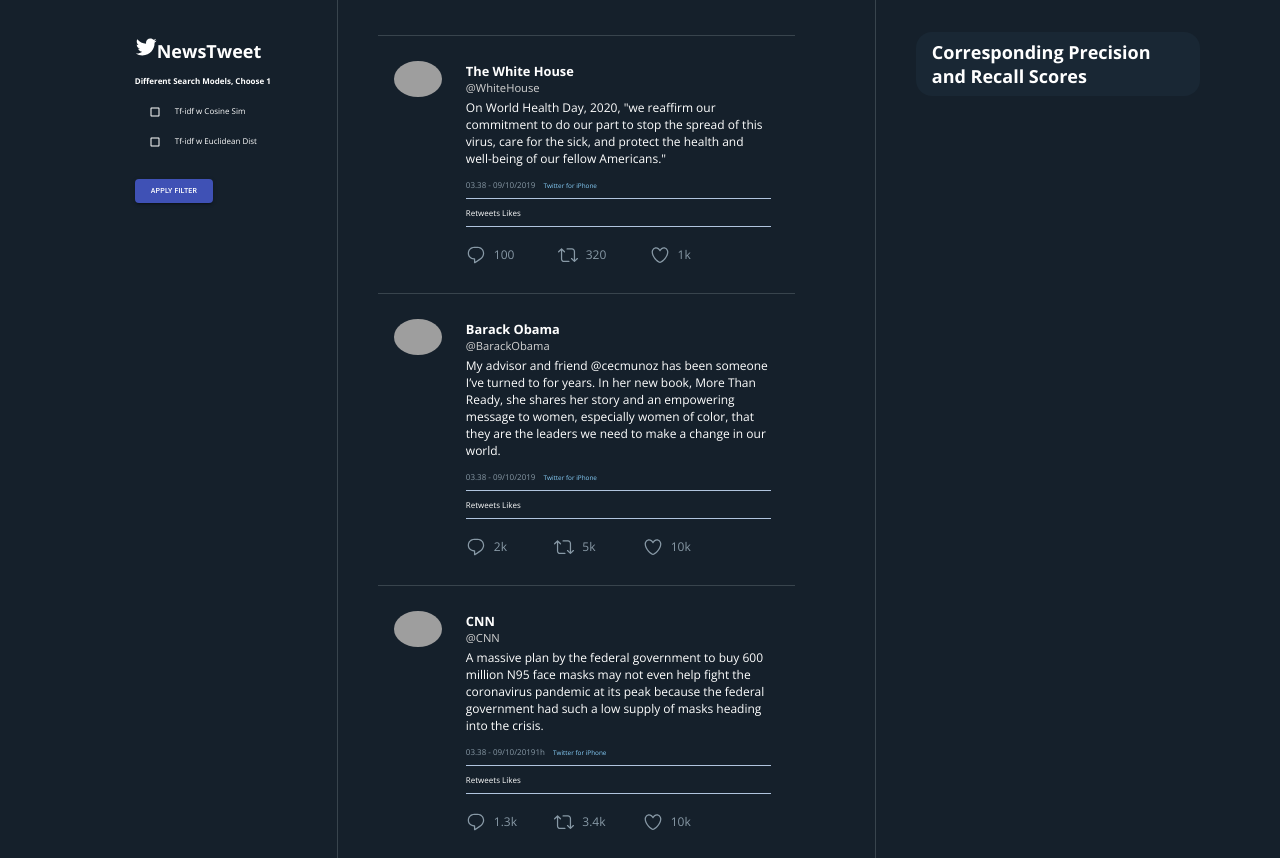
Repository: Dustyik/TwitterAIproj
Page: / (app in FrontEnd/)
The author's editor kept a copy of each file at every save. The page is drawn from the files as they stood at one save, then again after the next save.
The browser window is 1280 px wide. The pictures show the whole page.
Pictures or frames that could not be fetched are drawn as grey boxes. The page's requests for data from a server got no answer. The project was rebuilt for these pictures with package versions that can differ from the ones it lists, and the page was loaded fresh each time. No one was signed in, and anything a server would have sent is missing. Also part of the build but not shown: FrontEnd/src/components/trending/Trend.js, FrontEnd/src/components/trending/TrendsList.js, FrontEnd/src/components/trending/FollowSuggestionCard.js, FrontEnd/src/styles/FollowList.css, FrontEnd/src/components/trending/FollowSuggestionsList.js, FrontEnd/src/components/StatusCard.js, FrontEnd/src/pages/Status.js, FrontEnd/src/components/profile/ProfileHead.js and 3 more.

Above is the page before, as saved 2021-08-03 00:36:41.

### FrontEnd/public/index.html
<!DOCTYPE html>
<html lang="en">

<head>
  <meta charset="utf-8" />
  <link rel="icon" href="%PUBLIC_URL%/favicon.ico" />
  <meta name="viewport" content="width=device-width, initial-scale=1" />
  <meta name="theme-color" content="#000000" />
  <meta name="description" content="Web site created using create-react-app" />
  <link rel="apple-touch-icon" href="%PUBLIC_URL%/logo192.png" />
  <link href="https://fonts.googleapis.com/css2?family=Open+Sans:wght@400;700&display=swap" rel="stylesheet">
  <!--
      manifest.json provides metadata used when your web app is installed on a
      user's mobile device or desktop. See https://developers.google.com/web/fundamentals/web-app-manifest/
    -->
  <link rel="manifest" href="%PUBLIC_URL%/manifest.json" />
  <!--
      Notice the use of %PUBLIC_URL% in the tags above.
      It will be replaced with the URL of the `public` folder during the build.
      Only files inside the `public` folder can be referenced from the HTML.

      Unlike "/favicon.ico" or "favicon.ico", "%PUBLIC_URL%/favicon.ico" will
      work correctly both with client-side routing and a non-root public URL.
      Learn how to configure a non-root public URL by running `npm run build`.
    -->
  <title>React App</title>
</head>

<body>
  <noscript>You need to enable JavaScript to run this app.</noscript>
  <div id="root"></div>
  <!--
      This HTML file is a template.
      If you open it directly in the browser, you will see an empty page.

      You can add webfonts, meta tags, or analytics to this file.
      The build step will place the bundled scripts into the <body> tag.

      To begin the development, run `npm start` or `yarn start`.
      To create a production bundle, use `npm run build` or `yarn build`.
    -->
</body>

</html>

### FrontEnd/src/App.js
import React from 'react';
import { BrowserRouter as Router, Route } from 'react-router-dom';
import './App.css';
import { Sidebar } from './components/Sidebar';
import { Home } from './pages/Home';
import { Trending } from './components/trending/Trending';
import { GlobalProvider } from './context/GlobalState';
import { Status } from './pages/Status';
import ScrollToTop from './utils/ScrollToTop';
import { Profile } from './pages/Profile';

function App() {
  return (
    <GlobalProvider >
      <Router >

        <ScrollToTop>
          <div className="App">
            <div className="side-nav">
              <Sidebar />
            </div>
            <div className="main trending">

              <Route exact path="/" component={Home} />
              { /*
              <Route exact path="/:id" component={Profile} />
              <Route exact path="/status/:id" component={Status} />
              */}


            </div>

            <div className="trending">
              <Trending />
            </div>
          </div>
        </ScrollToTop>

      </Router>
    </GlobalProvider>
  );
}

export default App;

### FrontEnd/src/App.css
:root {
    --body-bg        : rgb(21, 32, 43);
    --sky-blue       : rgba(29, 161, 242, 1.00);
    --light          : rgba(255, 255, 2555);
    --grey           : rgb(136, 153, 166);
    --border         : rgb(56, 68, 77);
    --thick-border   : rgb(37, 51, 65);
    --thick-border   : rgb(37, 51, 65);
    --card-background: rgb(25, 39, 52);
}

body {
    background-color: var(--body-bg);
    font-family     : 'Open Sans', sans-serif;
    padding         : 0;
    margin          : 0;
    color           : var(--light);
}

html {
    font-size: 8px;
}

::-webkit-input-placeholder {
    /* Chrome/Opera/Safari */
    font-size  : 2.5rem;
    color      : #9197a3;
    font-weight: 400;
}

::-moz-placeholder {
    /* Firefox 19+ */
    font-size  : 2.5rem;
    color      : #9197a3;
    font-weight: 400;
}

:-ms-input-placeholder {
    /* IE 10+ */
    font-size  : 2.5rem;
    color      : #9197a3;
    font-weight: 400;
}

:-moz-placeholder {
    /* Firefox 18- */
    font-size  : 2.5rem;
    color      : #9197a3;
    font-weight: 400;
}

.App {
    display              : grid;
    grid-template-columns: 2.5fr 4fr 3fr;
}

.side-nav {
    padding-left: 40%;
    padding-top : 3rem;
}

.side-nav svg {
    fill : var(--light);
    width: 2.75rem;
}

.side-nav svg:hover {
    fill: var(--sky-blue);
}

.side-nav-item {
    padding: 2rem 0;

}

.side-nav .side-nav-item .side-nav-text {
    font-size     : 2.25rem;
    font-weight   : 700;
    color         : var(--light);
    padding-left  : 3rem;
    vertical-align: bottom;
}

.avatar {
    display: inline;
}

.avatar img {
    border-radius: 50%;
}


/* helper classes */
.p-0 {
    padding: 0
}


.pl-0 {
    padding-left: 0
}

.p-1 {
    padding: 1rem;
}

.p-2 {
    padding: 2rem
}

.pr-0 {
    padding-right: 0
}

.pb-1 {
    padding-bottom: 1rem;
}

.m-0 {
    margin: 0
}

.mb-0 {
    margin-bottom: 0;
}

.text-center {
    text-align: center;
}

.w-100 {
    width: 100%;
}

.pl-1 {
    padding-left: 1rem;
}

.pr-1 {
    padding-right: 1rem;
}

ul {
    list-style: none;
}

.flex-align-center {
    display    : flex;
    align-items: center;
}

.flex-space-between {
    display        : flex;
    justify-content: space-between;
}

.inline-block {
    display: inline-block;

}


.btn {
    color      : var(--light);
    font-weight: 700;
    cursor     : pointer;
    border     : none;
    background : transparent;
}

.tweet-btn {
    border-radius   : 4rem;
    font-size       : 2rem;
    padding         : 1.5rem;
    background-color: var(--sky-blue);
    width           : 80%;
}

.follow-btn {
    border-radius: 3rem;
    font-size    : 2rem;
    padding      : 0.5rem;
    font-weight  : 700;
    color        : var(--sky-blue);
    border       : 1px solid var(--sky-blue);
}

.pointer {
    cursor: pointer;
}

.bold-dull-para {
    font-size: 1.75rem;
    color    : var(--grey);
}

a {
    text-decoration: none;
    color          : inherit;
}

h1 {
    font-size  : 2.25rem;
    font-weight: 700;
    color      : var(--light);
}

h2 {
    font-size  : 2rem;
    font-weight: 700;
    color      : var(--light);
}

input:focus {
    outline: none;
}

### FrontEnd/src/components/Sidebar.js
import React, {useState, useContext} from 'react';
import { Logo, HomeIcon, ExploreIcon, NotificationIcon, MessageIcon, BookmarkIcon, ListsIcon, MoreIcon } from '../images/svg/svgs';
import { SmallAvatar } from '../images/avatars';
import { Checkbox } from '@material-ui/core';
import { Button } from '@material-ui/core';
import * as API from "../apifunctions"
import { GlobalContext } from '../context/GlobalState'
import { uniqueNamesGenerator, Config, adjectives, colors, animals } from 'unique-names-generator';


const SEARCH_MODELS = ["Tf-idf w Cosine Sim", "Tf-idf w Euclidean Dist"]

export const Sidebar = () => {
    const profImageurl = 'https://pbs.twimg.com/profile_images/1247964769669136385/KVCROk2D_bigger.jpg';
    const [searchModelsLocalState, setSearchModelsLocalState] = useState([])

    const {setSearchModels, searchModels, title, removeAllTweets, addTweet} = useContext(GlobalContext);

    const checkBoxToggled = (event) => {
        const id = event.id
        const checkValue = event.checked

        if (checkValue){
            setSearchModels(id)
            setSearchModelsLocalState(id)
        }
    }

    const applyFilter = () => {
        API.applySearchFilters(searchModels, title.title, title.id).then(
            res => {
                const data = JSON.parse(res.data);
                removeAllTweets()
                console.log(data)


                const relevanceData = data.relevance
                const tweetData = data.text
                const tweetIdData = data.id
                const relatedArticlesData = data.related_article
                for (let i = 0; i < Object.keys(relevanceData).length; i++){
                    let pxSize = 140 + i*3
                    const newTweet = {
                        name: uniqueNamesGenerator({dictionaries: [adjectives, colors, animals]}),
                        tweet: tweetData[i],
                        relevance: relevanceData[i],
                        image: `https://placeimg.com/${pxSize}/${pxSize}/any`
                    }
                    addTweet(newTweet)
                }
            }
        )
    }

    const createCheckBoxes = () =>
        SEARCH_MODELS.map((e) => {

            return (
                <div>
                <Checkbox
                size = "medium"
                id = {e}
                onChange = {(e) => checkBoxToggled(e.target)}
                checked = {searchModelsLocalState == e}
                >
                </Checkbox>
                {e}

                </div>
            )
        }
    )


    const checkBoxes = createCheckBoxes()

    return (
        <div>
            <div className="side-nav-header">

                <h1>
                <Logo />
                    NewsTweet
                </h1>
            </div>
            <h4>
                Different Search Models,
                Choose 1
            </h4>



            {checkBoxes}

            <div>
                &nbsp;
            </div>
            <div>
                &nbsp;
            </div>

            <Button
                onClick = {applyFilter}
                variant="contained" color="primary">
                Apply Filter
            </Button>



        </div>
    )
}

### FrontEnd/src/components/trending/Trending.js
import React from 'react';
import '../../styles/Trending.css';
import { SearchIcon } from '../../images/svg/svgs'
import { TrendsList } from './TrendsList';
import { FollowSuggestionsList } from './FollowSuggestionsList';


export const Trending = () => {
    return (
        <>
            <div>

                <div className="trends-list m-0">
                    {/*
                    <TrendsList />
                    */}
                    <h1>
                    Corresponding Precision and Recall Scores
                    </h1>
                </div>
                {/*
                <div className="follow-list">
                    <FollowSuggestionsList />
                </div>
                */}
            </div>
        </>
    )
}

### FrontEnd/src/utils/ScrollToTop.js
import React, { useEffect, Fragment } from 'react';
import { withRouter } from 'react-router-dom';

function ScrollToTop({ history, children }) {
    useEffect(() => {
        const unlisten = history.listen(() => {
            window.scrollTo(0, 0);
        });
        return () => {
            unlisten();
        }
    }, []);

    return <Fragment>{children}</Fragment>;
}

export default withRouter(ScrollToTop);

### FrontEnd/src/images/avatars.js
import React from 'react'

export const SmallAvatar = ({ width, image }) => {
    return (
        <div className="avatar">
            <img width={width} src={image} alt="avatar" />
        </div>
    )
}

### FrontEnd/src/apifunctions.js
import axios from 'axios';

export const getTweets = () => {
    return axios.get("http://localhost:5000/getTweets")
}

export const applySearchFilters = (data, title, id) => {
    return axios.post("http://localhost:5000/applySearchModels", {
            data: data,
            queryTitle: title,
            articleId: id

        }
    )
}

### FrontEnd/src/styles/Main.css
/* main styles */
.main {
    border-left : 1px solid var(--border);
    border-right: 1px solid var(--border);
    ;
}

.home {
    padding-left : 2.5rem;
    border-bottom: 1px solid var(--border);
}

.new-tweet {
    padding              : 1rem;
    display              : grid;
    grid-template-columns: 1fr 9fr;
    border-bottom        : 1rem solid var(--thick-border);
}

.new-tweet .left,
.right {
    padding: 0 1rem;
}

.new-tweet input {
    padding    : 2rem 0;
    background : transparent;
    border     : none;
    color      : var(--light);
    font-size  : 2rem;
    font-weight: 700;
}

.new-tweet-options {
    padding-right  : 1rem;
    display        : flex;
    justify-content: space-between;
    align-items    : center;
}

.new-tweet .add-icons {
    margin-right: 1rem;
}

.new-tweet .add-icons svg {
    width  : 3rem;
    fill   : var(--sky-blue);
    padding: 1rem;
}

.new-tweet .add-icons svg:first-child {
    padding-left: 0;
}

### FrontEnd/src/components/TweetList.js
import React, { useContext } from 'react'
import TweetCard from './TweetCard'
import { GlobalContext } from '../context/GlobalState'

export const TweetList = () => {
    const { tweets } = useContext(GlobalContext);

    return (
        <>
            {tweets.map((tweet, index) => (<TweetCard key={index} tweet={tweet} />))}
        </>
    )
}

### FrontEnd/src/styles/Trending.css
.trending {
    padding: 1rem 10rem 1rem 5rem;
}

.trending .search-box {
    width     : 100%;
    background: transparent;

    background-color: var(--thick-border);
    border-radius   : 5rem;
    border          : none;
}

.trending .search-box svg {
    width       : 3rem;
    fill        : var(--grey);
    padding-left: 1rem;

}

.trending .search-box input {
    padding   : 1.5rem;
    font-size : 2rem;
    width     : 100%;
    background: transparent;
    border    : none;
    color     : var(--light);
}

.trends-list {
    background-color: var(--card-background);
    border-radius   : 2rem;
    margin-top      : 3rem;
}

.trends-list h1 {
    padding: 1rem 2rem;

}

.trends-for-you {
    padding-right: 1rem;
}

.trends-for-you svg {
    width: 3.5rem;
    fill : var(--sky-blue);
}

.trends-card {
    border-top   : 1px solid var(--border);
    border-bottom: 1px solid var(--border);
    padding      : 2rem;
}

.trends :last-child {
    border-bottom: none;
}

.trends-topic {
    font-size: 1.5rem;
    color    : var(--grey);
}

.trend-tweet-count {
    font-size: 1.75rem;
    color    : var(--grey);
}



.trending ::-webkit-input-placeholder {
    /* Chrome/Opera/Safari */
    font-size  : 2rem;
    color      : #9197a3;
    font-weight: 400;
}

.trending ::-moz-placeholder {
    /* Firefox 19+ */
    font-size  : 2rem;
    color      : #9197a3;
    font-weight: 400;
}

.trending :-ms-input-placeholder {
    /* IE 10+ */
    font-size  : 2rem;
    color      : #9197a3;
    font-weight: 400;
}

.trending :-moz-placeholder {
    /* Firefox 18- */
    font-size  : 2rem;
    color      : #9197a3;
    font-weight: 400;
}

### FrontEnd/src/context/AppReducer.js
const MAX = 30
const MIN = 0

export default (state, action) => {
    switch (action.type) {
        case 'DELETE_TRANSACTION':
            return {
                ...state,
                transactions: state.transactions.filter(transaction => transaction.id !== action.payload)
            }
        case 'ADD_TWEET':
            const newTweet = {
                user: {
                    name: action.payload.name,
                    image: action.payload.image,
                    handle: `@${action.payload.name}`,
                },
                tweet: {
                    content: action.payload.tweet,
                    image: null,
                    comments: Math.floor(Math.random()*(MAX-MIN)+MIN),
                    retweets: Math.floor(Math.random()*(MAX-MIN)+MIN),
                    likes: Math.floor(Math.random()*(MAX-MIN)+MIN),
                    relevance: action.payload.relevance
                }
            };
            return {
                ...state,
                tweets: [...state.tweets, newTweet]
            }

        case "SET_TWEETS":
            return {
            ...state,
            tweets: action.payload
        }

        case "SET_SEARCH_MODEL":
            return {
            ...state,
            searchModels: action.payload
        }

        case "REMOVE_ALL_TWEETS":
            return {
            ...state,
            tweets: []
        }


        default:
            return state
    }
}

### FrontEnd/src/components/TweetCard.js
import React, { Component } from 'react';
import '../styles/TweetCard.css';
import { SmallAvatar } from '../images/avatars'
import { TweetCommentIcon, TweetRetweetIcon, TweetLikeIcon, TweetSendIcon } from '../images/svg/svgs';
import { Link } from 'react-router-dom';

export default class TweetCard extends Component {
    tweet = this.props.tweet;
    profImageurl = 'https://pbs.twimg.com/profile_images/1247964769669136385/KVCROk2D_bigger.jpg';

    handleRouting = (e) => {
        // e.preventDefault();
        // debugger
        // this.props.history.push('data')
    }
    render() {
        return (
            <div className="tweet-card">
                <div className="left">
                    <SmallAvatar width="48" image={this.tweet.user.image} />
                </div>
                <div className="right">
                    <div className="tweet-card-head">
                        <span className="tweet-card-name" >{this.tweet.user.name}</span>
                    </div>
                    <span className="tweet-card-handle">{this.tweet.user.handle}</span>

                    <div className="tweet-card-body">

                    <div className="tweet-card-content">
                        <p className="m-0">{this.tweet.tweet.content}</p>
                    </div>

                    <span className="tweet-card-time">
                        03.38 - 09/10/2019{this.tweet.tweet.time}
                        <span className="tweet-card-shotoniphone">
                            Twitter for iPhone
                        </span>
                    </span>

                    <div className="tweet-middle-border"/>
                    <span>
                        Retweets Likes
                    </span>

                    <div className="tweet-middle-border"/>





                    <div className="tweet-card-footer">
                        <span className="flex-align-center"><TweetCommentIcon /> <span className="tweet-cars-icon">{this.tweet.tweet.comments}</span></span>
                        <span className="flex-align-center"><TweetRetweetIcon /><span className="tweet-cars-icon">{this.tweet.tweet.retweets}</span></span>
                        <span className="flex-align-center"><TweetLikeIcon /><span className="tweet-cars-icon">{this.tweet.tweet.likes}</span></span>
                        { /*<span className="flex-align-center"><TweetSendIcon /></span> */}
                        </div>
                    </div>
                </div>
            </div>
        )
    }
}

### FrontEnd/src/styles/StatusCard.css
.tweets {}

.status-card {
    /* padding              : 1rem;
    display                 : grid;
    grid-template-columns   : 1fr 9fr; */
    border-bottom           : 0.5px solid var(--border);
    border-top              : 0.5px solid var(--border);

}

.status-card .left,
.right {
    padding: 2rem;
}

.status-card .left {
    display    : flex;
    align-items: center;

}

.status-card .right {
    padding-top: 0;
}

.status-card .status-card-name {
    font-size    : 2rem;
    font-weight  : 700;
    padding-right: 1rem;
}

.status-card .status-card-handle,
.status-card-time {
    font-size: 1.5rem;
    color    : var(--grey);
}

.status-card .status-card-body .status-card-content p {
    font-size : 2.5rem;
    margin-top: .5rem;
}

.status-card .status-card-body .status-card-image {
    margin-top: 2rem;
}

.status-card .status-card-body .status-card-image img {
    width        : 100%;
    border-radius: 20px;
}

.status-card .status-card-footer {
    padding-right: 10rem;
    display      : flex;

    justify-content: space-around;
    padding-top    : 1rem;
    width          : 100%;
}

.status-card .status-card-footer svg {
    fill : var(--grey);
    width: 2.5rem;
}

.status-card .status-card-footer .tweet-cars-icon {
    line-height : 2;
    font-size   : 1.5rem;
    color       : var(--grey);
    padding-left: 1rem;
}

.status {
    display    : flex;
    align-items: center;
    padding    : 0 2rem;
    display    : flex;
    align-items: center;
}

.status h1 {
    display     : inline-block;
    padding-left: 1rem;
}

.status svg {
    width: 4rem;
    fill : var(--sky-blue);
}

### FrontEnd/src/styles/TweetCard.css


.tweet-card {
    padding              : 1rem;
    display              : grid;
    grid-template-columns: 1fr 9fr;
    border-top           : 0.5px solid var(--border);

}
.tweet-middle-border {
    margin-top              : 1rem;
    margin-bottom             : 1rem;
    border-top           : 0.1px solid var(--border);
    border-color: lightsteelblue;
}

.left{
    padding: 0 1rem;
    margin-top: 25px;
}

.tweet-card-shotoniphone{
    margin-left: 1rem;
    font-size: 0.8rem;
    color    : lightskyblue;
}

.tweet-card-time {
    display:inline-block;
    padding-top: 1.5rem;
    font-size: 1rem;
    color    : var(--grey);
}

.tweet-card, .right {
    padding: 0 1rem;
    margin-top: 10px;
}

.tweet-card .tweet-card-head .tweet-card-name {
    font-size    : 1.6rem;
    padding-right: 1rem;
    font-weight: bold;
}

.tweet-card .tweet-card-head .tweet-card-name:hover {
    text-decoration: underline;
}

.tweet-card-handle {
    font-size    : 1.4rem;
    padding-right: 1rem;
    font-weight: lighter;
    color: lightgray;
}

.tweet-card .tweet-card-body .tweet-card-content p {
    font-size : 1.5rem;
    margin-top: .5rem;
}

.tweet-card .tweet-card-body .tweet-card-image {
    margin-top: 2rem;
}

.tweet-card .tweet-card-body .tweet-card-image img {
    width        : 100%;
    border-radius: 20px;
}

.tweet-card .tweet-card-footer {
    padding-right  : 10rem;
    display        : flex;
    justify-content: space-between;
    padding-top    : 1rem;
}

.tweet-card .tweet-card-footer svg {
    fill : var(--grey);
    width: 2.5rem;
}

.tweet-card .tweet-card-footer .tweet-cars-icon {
    line-height : 2;
    font-size   : 1.5REM;
    color       : var(--grey);
    padding-left: 1rem;
}

Loaded but not shown: FrontEnd/src/index.js (common file); FrontEnd/src/images/svg/svgs.js (66 lines, source omitted); FrontEnd/src/context/GlobalState.js (113 lines, source omitted); FrontEnd/src/pages/Home.js (92 lines, source omitted)

After the next save:
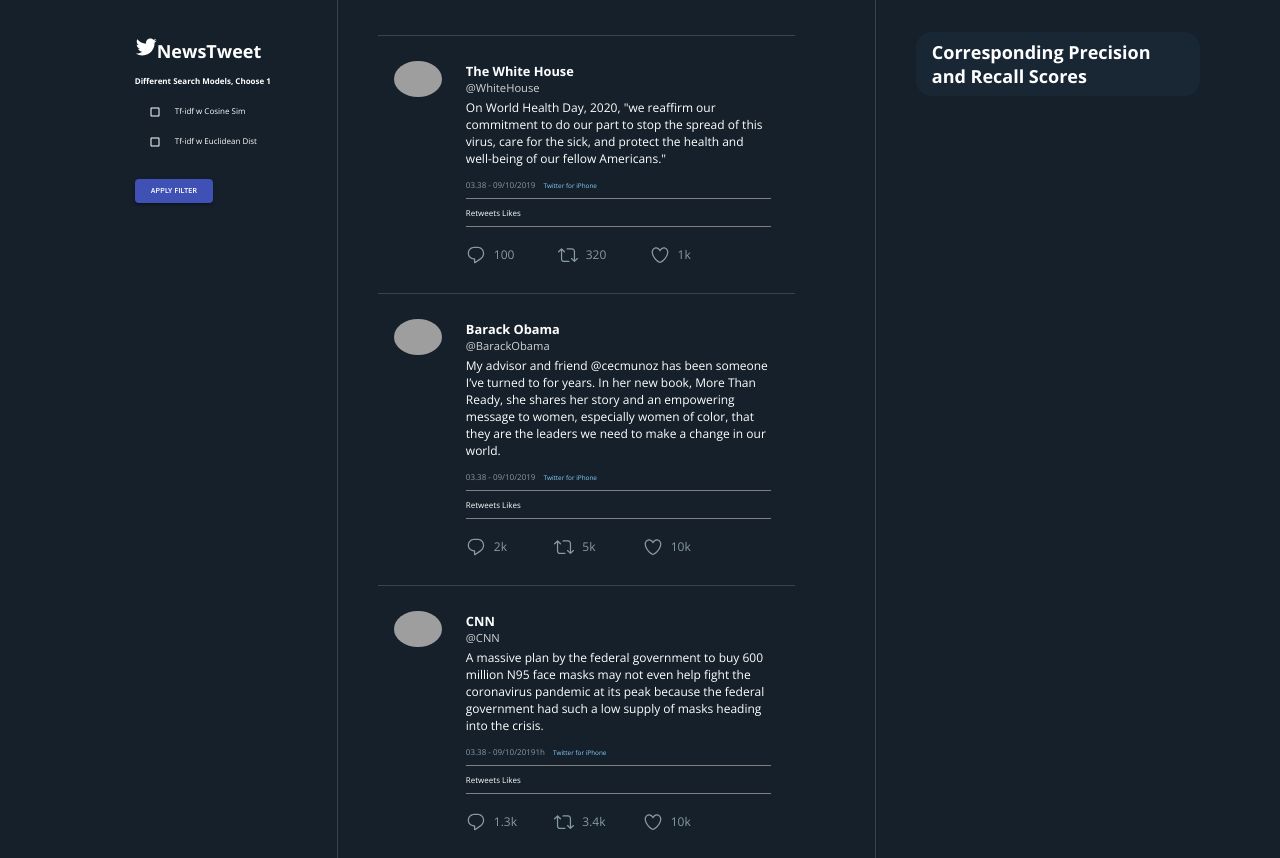
Saved 17 s later.
--- a/FrontEnd/src/styles/TweetCard.css
+++ b/FrontEnd/src/styles/TweetCard.css
@@ -11,7 +11,7 @@
     margin-top              : 1rem;
     margin-bottom             : 1rem;
     border-top           : 0.1px solid var(--border);
-    border-color: lightsteelblue;
+    border-color: gray;
 }
 
 .left{
